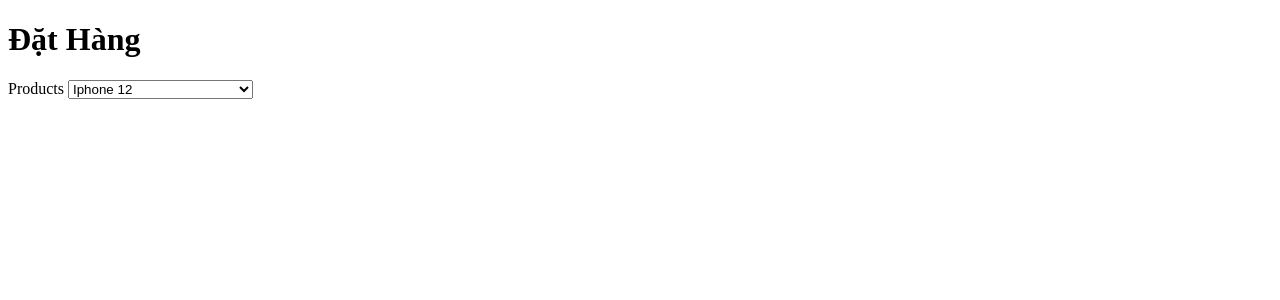
Repository: hisu87/WEB1043-JS
Page: Lab-Done-JS/Lab-7/html/Oder.html
These files come from the project's save history. The page is drawn as it stood at one moment and after the next save; the edit follows.
The browser window is 1280 px wide. The pictures show the whole page.

Above is the page before, as saved 2023-04-08 12:46:09.

After the next save:
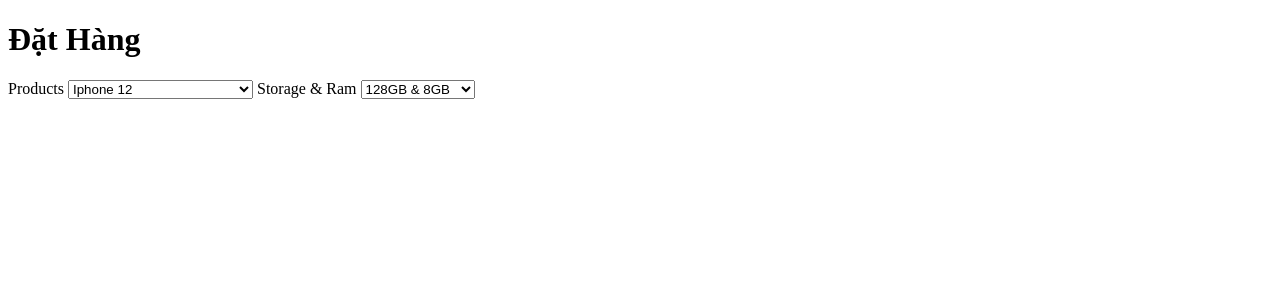
Saved 106 s later.
--- a/Lab-Done-JS/Lab-7/html/Oder.html
+++ b/Lab-Done-JS/Lab-7/html/Oder.html
@@ -29,7 +29,21 @@
             <option value="16">Pixel 7 Pro </option>
             <option value="17">Pixel 7</option>
         </select>
-
+        <label for="storageandram">Storage & Ram</label>
+        <select name="storageandram" id="storageandram">
+            <option value="1">128GB & 8GB</option>
+            <option value="2">256GB & 8GB</option>
+            <option value="3">512GB & 8GB</option>
+            <option value="4">1TB & 8GB</option>
+            <option value="5">128GB & 12GB</option>
+            <option value="6">256GB & 12GB</option>
+            <option value="7">512GB & 12GB</option>
+            <option value="8">1TB & 12GB</option>
+            <option value="9">128GB & 16GB</option>
+            <option value="10">256GB & 16GB</option>
+            <option value="11">512GB & 16GB</option>
+            <option value="12">1TB & 16GB</option>
+        </select>
 
 
     </form>
